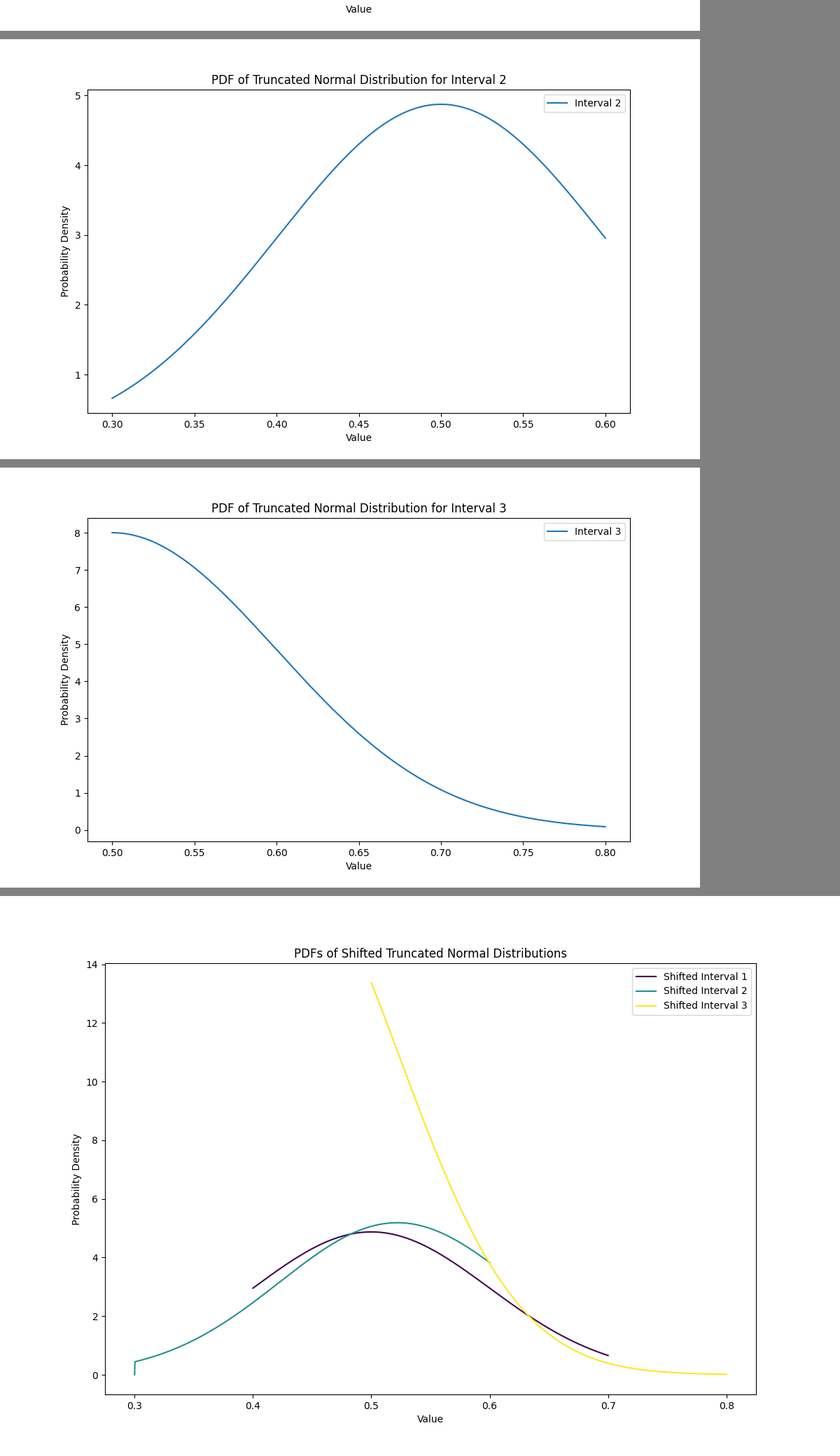
Repository: KrystofM/stealing-part-lm-supplementary-plaid
Script's output: python optimize_logit_queries/askers/some_one_over_n_copy.py
The author's editor kept a copy of each file at every save. The script's output is drawn from the files as they stood at one save, then again after the next save.
The pictures show rows 556 to 2636 of an output 2636 px tall, at 70% of full size.
Each picture stacks the figures in order, with grey between them; figures that are only written to a file come last. Random numbers start from a fixed seed.

Above is the script's output before, as saved 2024-06-20 15:38:03.

### optimize_logit_queries/askers/some_one_over_n_copy.py
import numpy as np
import scipy.integrate as integrate
from scipy.stats import truncnorm

def sample_truncated_normal(l_i, h_i, n, mean, std):
    # Create the truncated normal distribution
    dist = truncnorm((l_i - mean) / std, (h_i - mean) / std, loc=mean, scale=std)

    # Sample n many samples from the truncated normal distribution
    samples = dist.rvs(size=n)

    return samples

# Vectorized version
# P(P_i + r_i < P_n) = (1/n)^(1/(n-1)
def calculate_product_d_vectorized(l_i, h_i, r_i, l_n, h_n, mu, sigma):
    tnormI = truncnorm((l_i - mu) / sigma, (h_i - mu) / sigma, loc=mu, scale=sigma)
    tnormN = truncnorm((l_n - mu) / sigma, (h_n - mu) / sigma, loc=mu, scale=sigma)

    y_values = np.linspace(l_n, h_n, 1000)  # Adjust the number of points for accuracy/speed trade-off
    tnormN_pdf = tnormN.pdf(y_values)
    cdf_values = tnormI.cdf(y_values - r_i)
    min_max_values = np.minimum(np.maximum(cdf_values, 0), 1)
    integrand_values = min_max_values * tnormN_pdf
    integral = np.trapz(integrand_values, y_values)  # Use trapezoidal rule for integration

    return integral

def find_r_i(l_i, h_i, l_n, h_n, mu, sigma, n):
    lower_bound = l_n - h_i
    upper_bound = h_n - l_i
    r_i = None
    min_diff = float('inf')
    min_r_i = None
    precision = 100
    for r in range(precision):
        r_i = lower_bound + (upper_bound - lower_bound) * r / precision
        diff = abs(calculate_product_d_vectorized(l_i, h_i, r_i, l_n, h_n, mu, sigma) - (1/n)**(1/(n-1)))
        if diff < min_diff:
            min_diff = diff
            min_r_i = r_i
    return min_r_i, min_diff

# Binary search to find r_i such that G(r_i) = 1/n
# tolerance = 1e-3
mu = 0.5
sigma = 0.1
low = [0.4, 0.3, 0.5]
high = [0.7, 0.6, 0.8]
# low = [0.3, 0.8, 0.999]
# high = [0.4, 0.9, 1]
n=len(low)

# fix some low[i] and high[i] and find all r_j j!=i
i=0
l_n = low[i]
h_n = high[i]
r_values = [0]*n
for j in range(n):
    if j != i:
        l_i = low[j]
        h_i = high[j]
        min_r_i, min_diff = find_r_i(l_i, h_i, l_n, h_n, mu, sigma, n)
        print(f"best value of r_i: {min_r_i}")
        print(f"best diff: {min_diff}")
        r_values[j] = min_r_i
print(r_values)

###### TESTING ########

def err(probabilities):
    # list of 1/n values
    correct = np.full(len(probabilities), 1/len(probabilities))
    # l2 norm of the difference between the correct values and the observed values
    return np.linalg.norm(correct - probabilities)

num_samples = 100000
# Initialize counts
max_indexes = np.zeros(n)
baseline_max_indexes = np.zeros(n)

# Sample all at once
samples = np.array([sample_truncated_normal(low[j], high[j], num_samples, mu, sigma) for j in range(n)])
print(samples.shape)

# calculate how many times is

# Fraction of time each i (n) is bigger than j + r_values[j] ~~ should be (1/n)^(1/(n-1))
proportion = np.mean(samples + np.array(r_values)[:, None] < samples[i], axis=1)
print("Proportion: i > j + r_j")
print(proportion)

# Calculate max values for baseline and optimized
baseline_max_values = np.max(samples, axis=0)
max_values = np.max(samples + np.array(r_values)[:, None], axis=0)

# Determine max indexes
baseline_max_indexes = np.argmax(samples, axis=0)
max_indexes = np.argmax(samples + np.array(r_values)[:, None], axis=0)
print(max_indexes.shape)
print(max_indexes[:10])

# Count occurrences
baseline_counts = np.bincount(baseline_max_indexes, minlength=n)
max_counts = np.bincount(max_indexes, minlength=n)
print(max_counts)

# Normalize counts to probabilities
baseline_probabilities = baseline_counts / num_samples
max_probabilities = max_counts / num_samples

print("Baseline")
print(err(baseline_probabilities))
print(baseline_probabilities)

print("Optimized")
print(err(max_probabilities))
print(max_probabilities)



# plot the pdf of the truncated normal distribution for each interval in separate plots
import matplotlib.pyplot as plt
for i in range(n):
    plt.figure(figsize=(10, 6))
    x = np.linspace(low[i], high[i], 1000)
    dist = truncnorm((low[i] - mu) / sigma, (high[i] - mu) / sigma, loc=mu, scale=sigma)
    plt.plot(x, dist.pdf(x), label=f'Interval {i+1}')
    plt.xlabel('Value')
    plt.ylabel('Probability Density')
    plt.title(f'PDF of Truncated Normal Distribution for Interval {i+1}')
    plt.legend()
    plt.show()

# plot the pdfs of the shifted truncated normal distributions over each other
plt.figure(figsize=(12, 8))
colors = plt.cm.viridis(np.linspace(0, 1, n))
for i in range(n):
    x = np.linspace(low[i], high[i], 1000)
    shifted_dist = truncnorm((low[i] - mu - r_values[i]) / sigma, (high[i] - mu - r_values[i]) / sigma, loc=mu + r_values[i], scale=sigma)
    plt.plot(x, shifted_dist.pdf(x), color=colors[i], label=f'Shifted Interval {i+1}')
plt.xlabel('Value')
plt.ylabel('Probability Density')
plt.title('PDFs of Shifted Truncated Normal Distributions')
plt.legend()
plt.show()

After the next save:
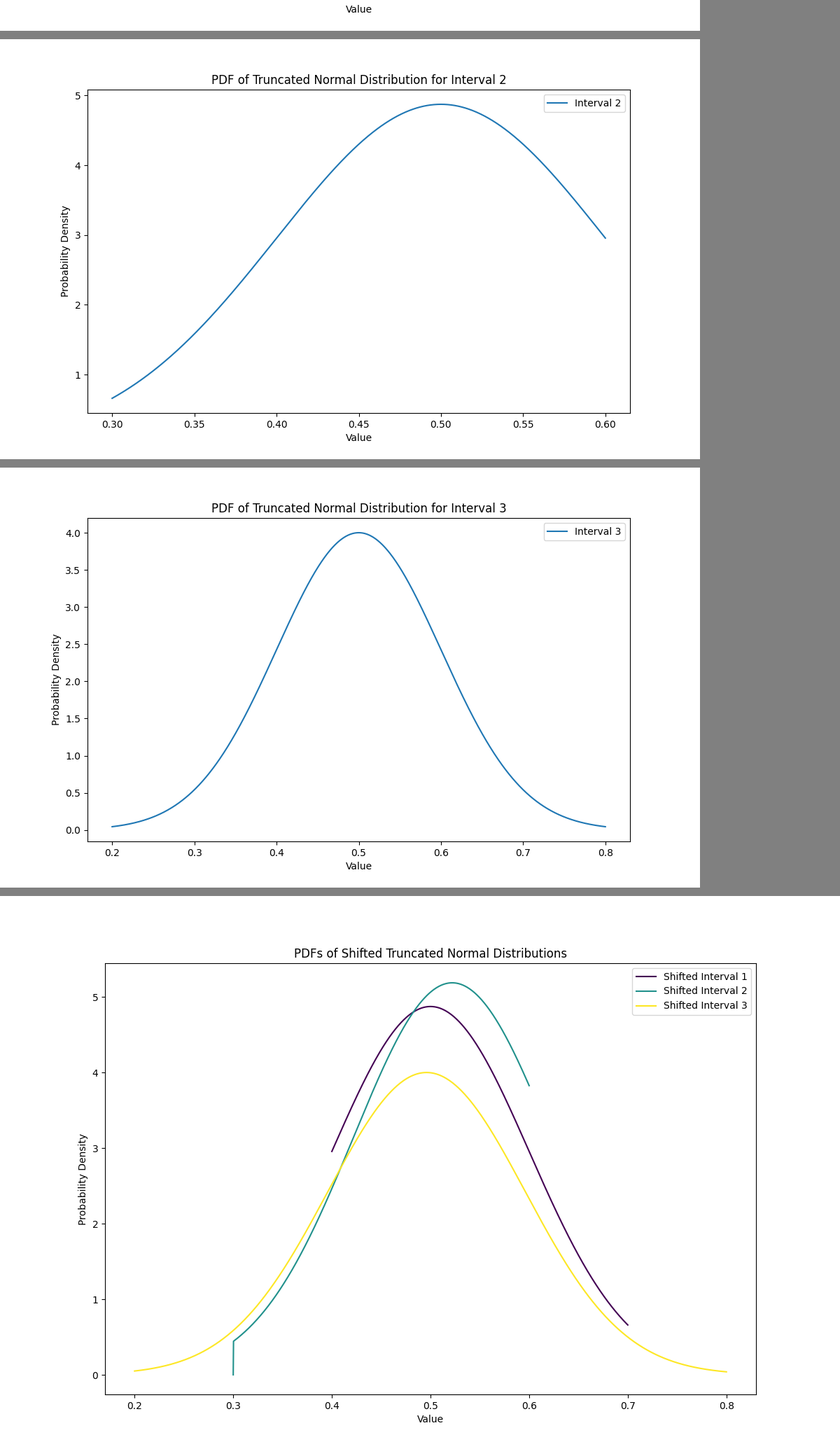
Saved 49 s later.
--- a/optimize_logit_queries/askers/some_one_over_n_copy.py
+++ b/optimize_logit_queries/askers/some_one_over_n_copy.py
@@ -45,7 +45,7 @@ def find_r_i(l_i, h_i, l_n, h_n, mu, sigma, n):
 # tolerance = 1e-3
 mu = 0.5
 sigma = 0.1
-low = [0.4, 0.3, 0.5]
+low = [0.4, 0.3, 0.2]
 high = [0.7, 0.6, 0.8]
 # low = [0.3, 0.8, 0.999]
 # high = [0.4, 0.9, 1]
